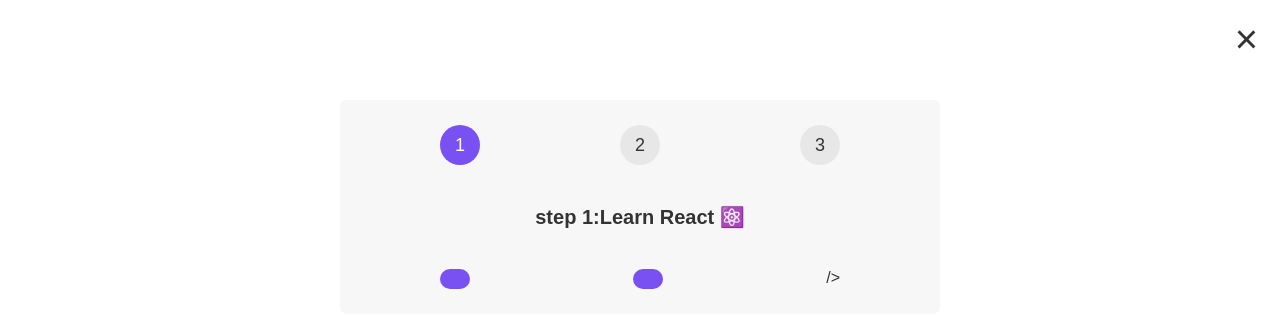
Repository: masamichan/steps
Page: /
An editor plug-in stored every save of this project. The page is shown before and after the next save, followed by the edit.
The browser window is 1280 px wide. The pictures show the whole page.
The project was rebuilt for these pictures with package versions that can differ from the ones it lists, and the page was loaded fresh each time.

Above is the page before, as saved 2024-01-23 09:23:24.

After the next save:
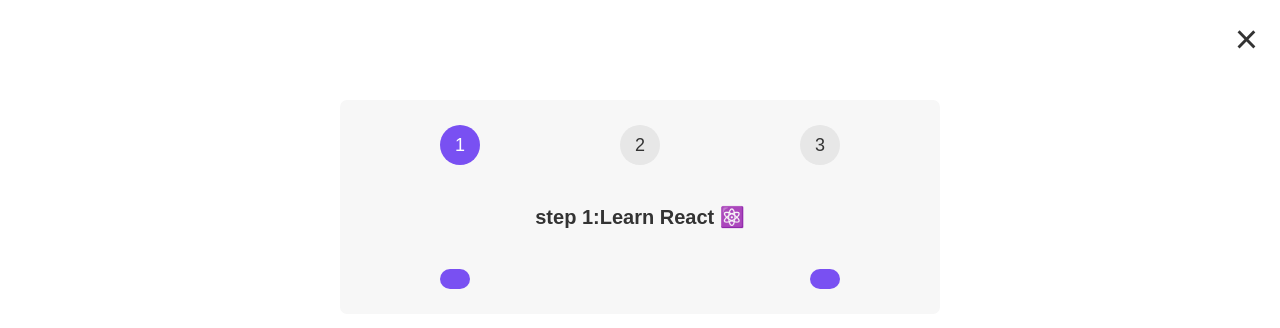
Saved 10 s later.
--- a/src/App.js
+++ b/src/App.js
@@ -48,7 +48,6 @@ export default function App() {
             >
               <span>👉</span>
             </Button>
-            />
           </div>
         </div>
       )}
